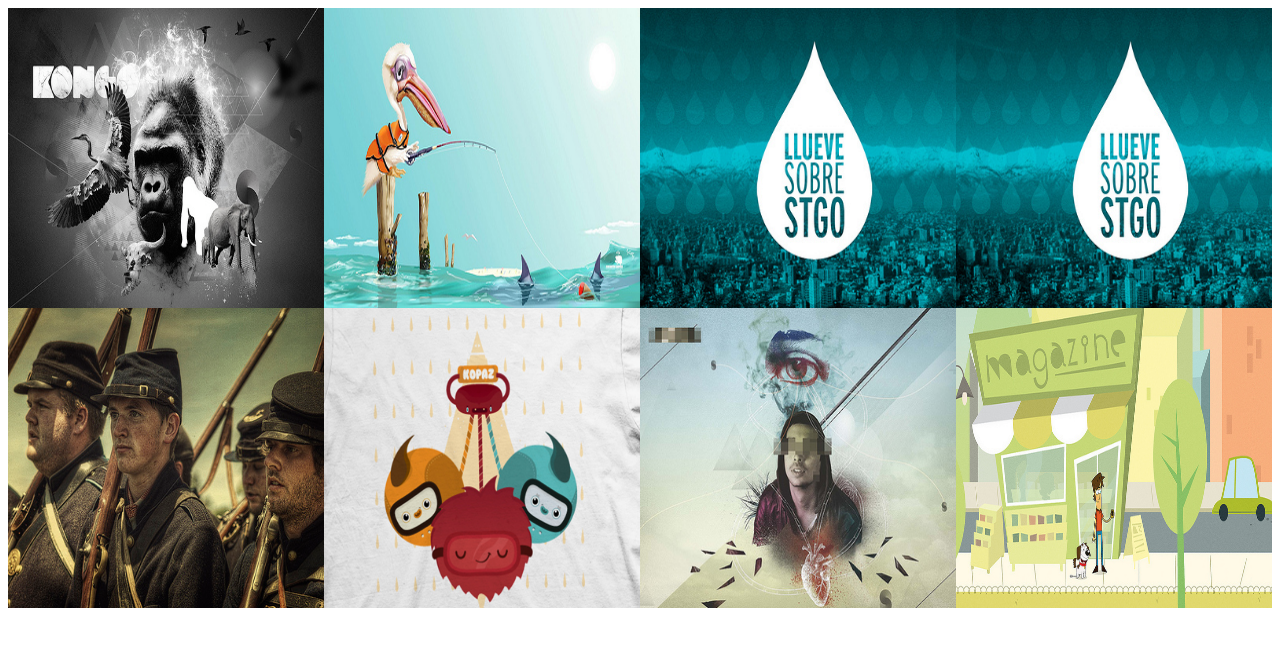
Repository: iravakilova/Brandi
Page: app/works1.html
The author's editor kept a copy of each file at every save. The page is drawn from the files as they stood at one save, then again after the next save.
The browser window is 1280 px wide. The pictures show the whole page.
The pointer rests on the first visible `.box img`.

Above is the page before, as saved 2020-02-16 23:38:51.

### app/works1.html
<!DOCTYPE html>
<html lang="en">
<head>
    <meta charset="UTF-8">
    <meta name="viewport" content="width=device-width, initial-scale=1.0">
    <title>works_grid</title>
    <style>

        .gallery{
            width: 100%;
            max-width: 1600px;
            position: relative;
        }
        .grid-container {
            display: grid;
            grid-template-columns: 1fr 1fr 1fr 1fr;
            grid-template-rows: 1fr 1fr;
        }
        .grid-container img{
        max-width: 100%;
        width: 400px;
        height: 300px;
        display: block;
    }
        .ladore{
        opacity: 0;
        position: absolute;
        top: 0;
        left: 0;
        width: 25%;
        height: 50%;
        background-image: url(./img/labore.png);
        color: #fff;
        text-align: center;
        transition: all .5s;
    }
    .ladore__img img{
        padding-top: 94px;
        width: 20px;
        height: 12px;
        padding: 14px 10px;
        border: 1px solid #fff;
        border-radius: 50%;
        margin: 94px auto 0;
    }
    .ladore__title{
        padding-top: 29px;
        padding-bottom: 10px;
        font-family: "OpenSans", "OpenSans-Bold", "AdobeInvisFont", "MyriadPro-Regular";
        font-size: 18px;
        font-weight: bold;
        margin: 0;
    }
    .ladore__descr{
        margin: 0;
    }
    .box img:hover .ladore{
        opacity: 1;
    }
    </style>
</head>
<body>
    <div class="gallery">
        <div class="grid-container">
                <div class="box">
                    <div class="ladore">
                        <div class="ladore__img">
                            <img src="./img/eye.png" alt="">
                        </div>
                        <h4 class="ladore__title">Labore et dolore magnam</h4>
                        <p class="ladore__descr">Photography</p>
                    </div>
                    <img src="./img/works-1.png" alt="">
                </div>
            <img src="./img/works-2.png" alt="">
            <img src="./img/works-4.png" alt="">
            <img src="./img/works-4.png" alt="">
            <img src="./img/works-5.png" alt="">
            <img src="./img/works-6.png" alt="">
            <img src="./img/works-7.png" alt="">
            <img src="./img/works-8.png" alt="">
        </div>
        <div class="ladore">
            <div class="ladore__img">
                <img src="./img/eye.png" alt="">
            </div>
            <h4 class="ladore__title">Labore et dolore magnam</h4>
            <p class="ladore__descr">Photography</p>
        </div>
    </div>
</body>
</html>

After the next save:
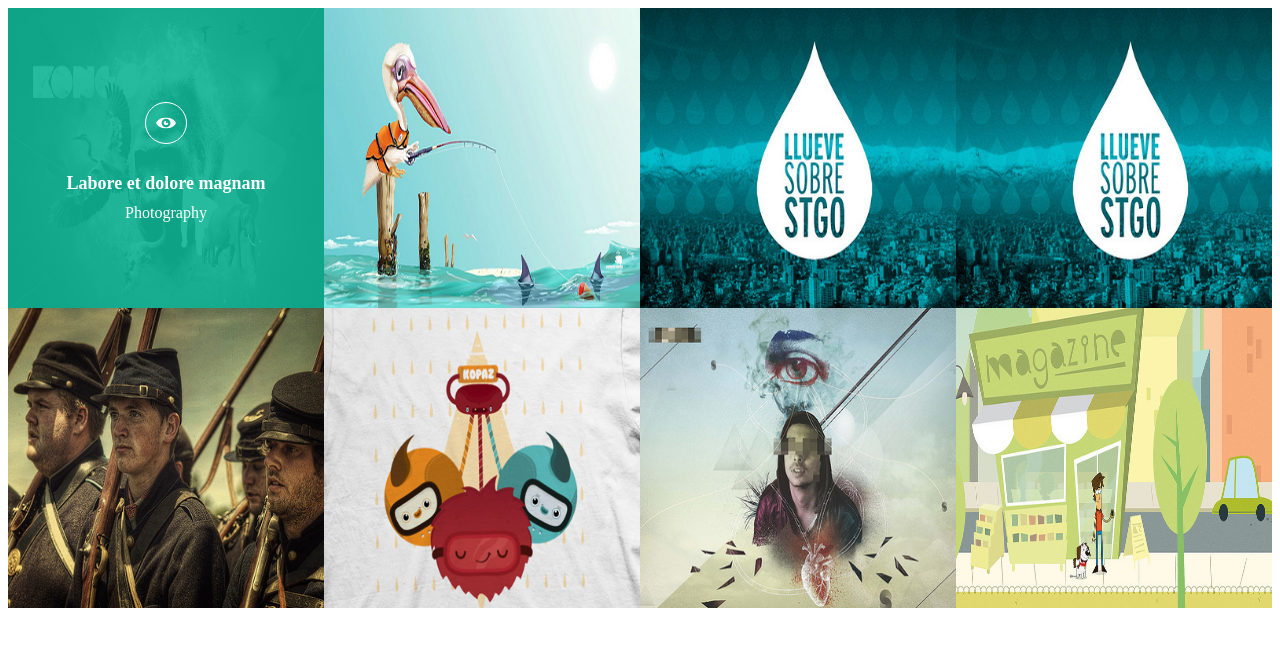
Saved 15 s later.
--- a/app/works1.html
+++ b/app/works1.html
@@ -54,7 +54,7 @@
     .ladore__descr{
         margin: 0;
     }
-    .box img:hover .ladore{
+    .box:hover .ladore{
         opacity: 1;
     }
     </style>
